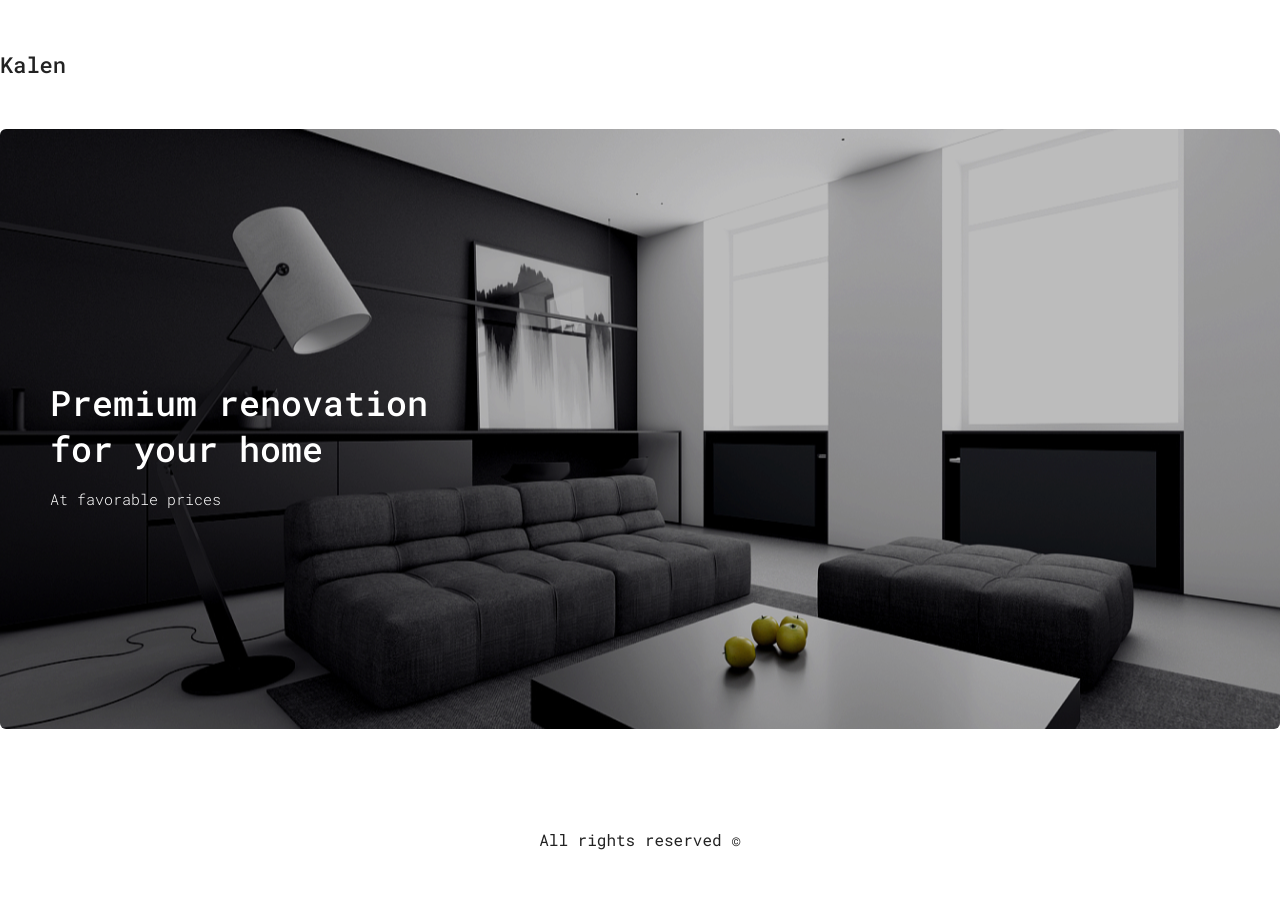
Repository: luckystar20206/e-commerce-react
Page: /
An editor plug-in stored every save of this project. The page is shown before and after a run of saves, followed by the edit.
The browser window is 1280 px wide. The pictures show the whole page.
The project was rebuilt for these pictures with package versions that can differ from the ones it lists, and the page was loaded fresh each time.

Above is the page before, as saved 2022-11-30 00:05:39.

After the next 3 saves:
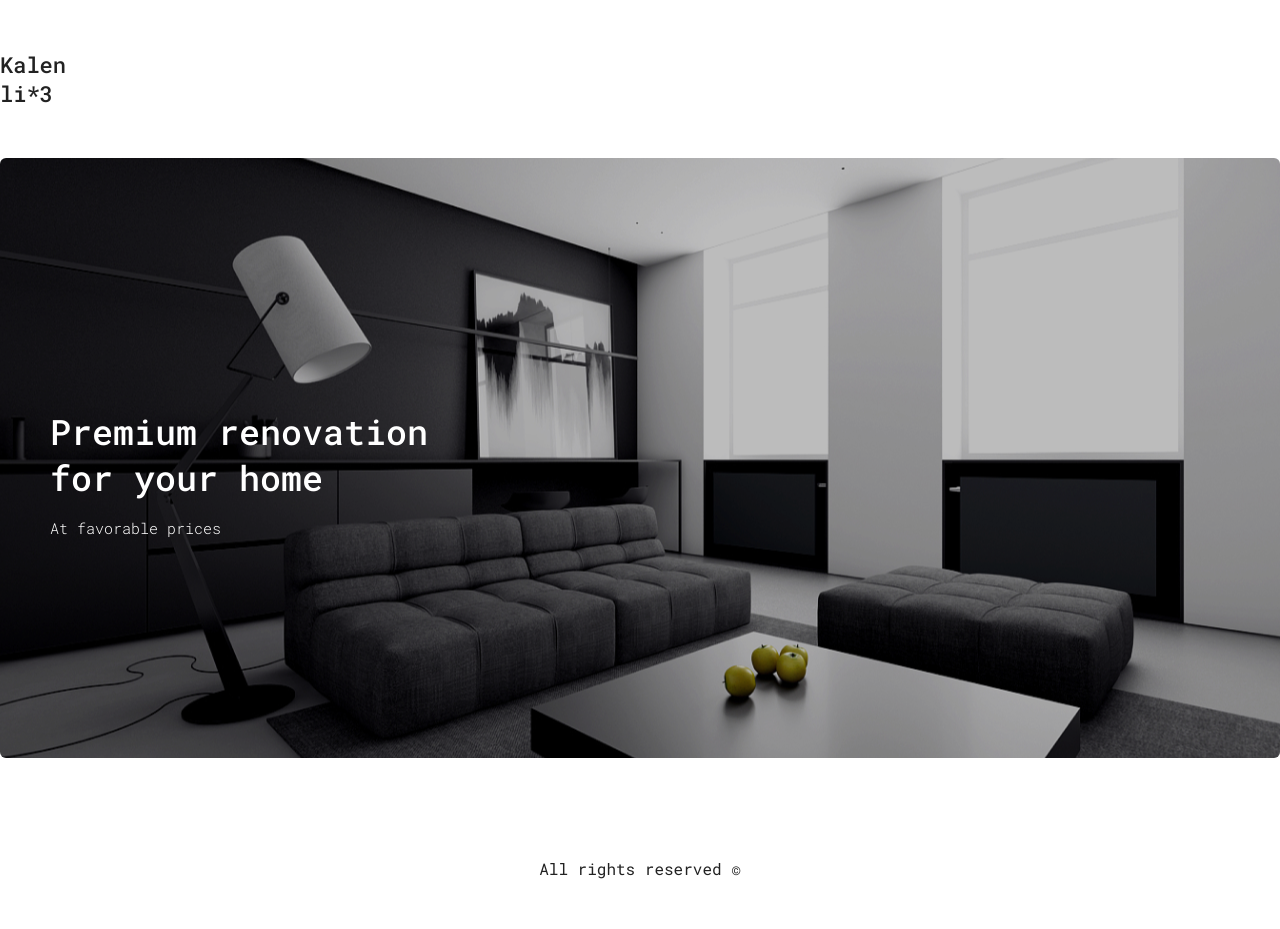
The 3 saves are shown as one change because they came seconds apart.
The last was saved 8 s later.
--- a/src/components/Header.jsx
+++ b/src/components/Header.jsx
@@ -6,7 +6,7 @@ export default function Header() {
             <div className='header'>
                 <span className="header__logo">Kalen</span>
                 <ul className="header__nav">
-
+                    li*3
                 </ul>
             </div>
             <div className='header__images'></div>
